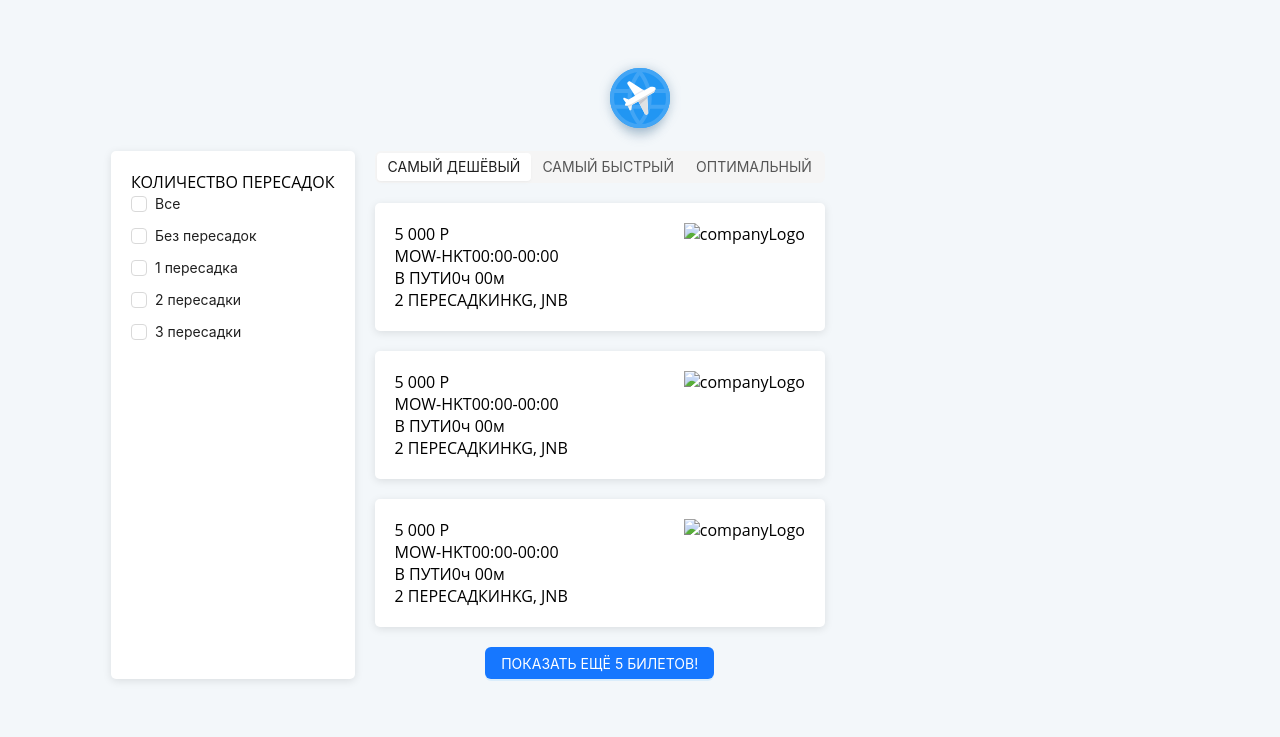
Repository: Dedoxa/aviasalesTickets
Page: /
The author's editor kept a copy of each file at every save. The page is drawn from the files as they stood at one save, then again after the next save.
The browser window is 1280 px wide. The pictures show the whole page.
The project was rebuilt for these pictures with package versions that can differ from the ones it lists, and the page was loaded fresh each time. Also part of the build but not shown: vite.config.js.

Above is the page before, as saved 2024-10-19 16:52:09.

After the next save:
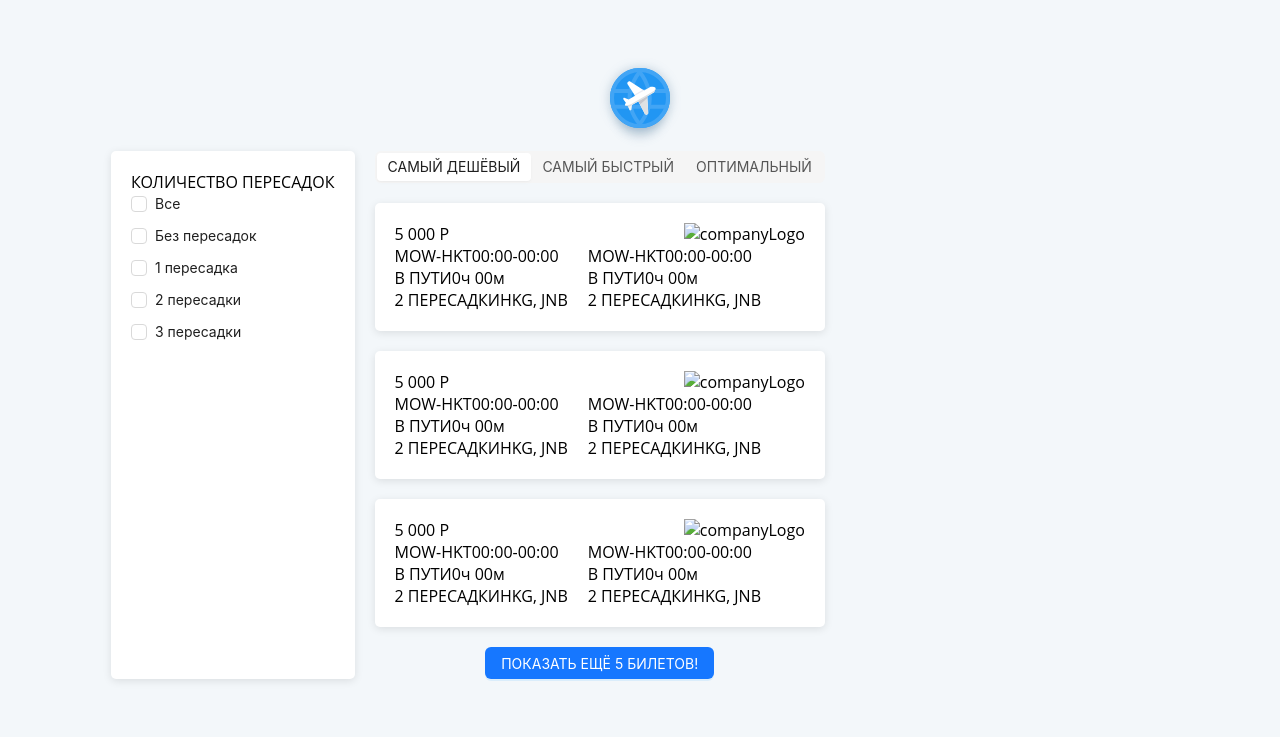
Saved 18 s later.
--- a/src/TicketCard/TicketCard.jsx
+++ b/src/TicketCard/TicketCard.jsx
@@ -26,16 +26,16 @@ const TicketCard = () => {
         </div>
         <div>
           <div>
-            <span></span>
-            <span></span>
+            <span>MOW-HKT</span>
+            <span>00:00-00:00</span>
           </div>
           <div>
-            <span></span>
-            <span></span>
+            <span>В ПУТИ</span>
+            <span>0ч 00м</span>
           </div>
           <div>
-            <span></span>
-            <span></span>
+            <span>2 ПЕРЕСАДКИ</span>
+            <span>HKG, JNB</span>
           </div>
         </div>
       </div>
